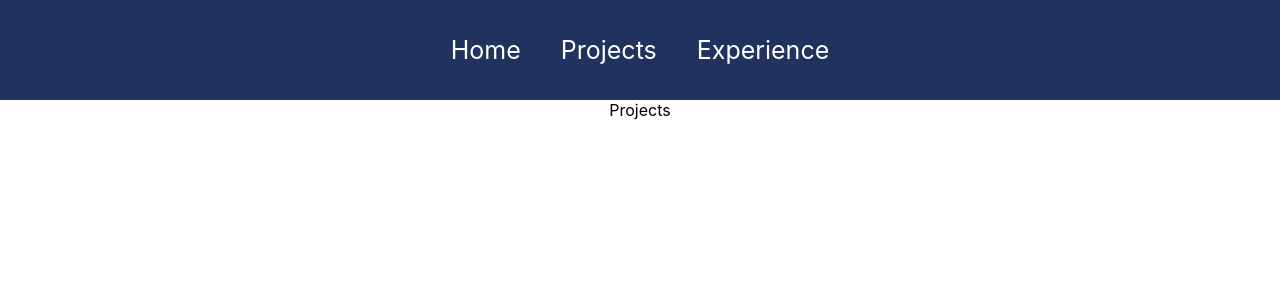
Repository: chiubacca94/chiufolio
Page: /projects
These files come from the project's save history. The page is drawn as it stood at one moment and after the next save; the edit follows.
The browser window is 1280 px wide. The pictures show the whole page.
The project was rebuilt for these pictures with package versions that can differ from the ones it lists, and the page was loaded fresh each time. Also part of the build but not shown: src/components/Home/Home.js, src/components/Experiences/Experiences.js.

Above is the page before, as saved 2022-07-03 20:34:15.

After the next save:
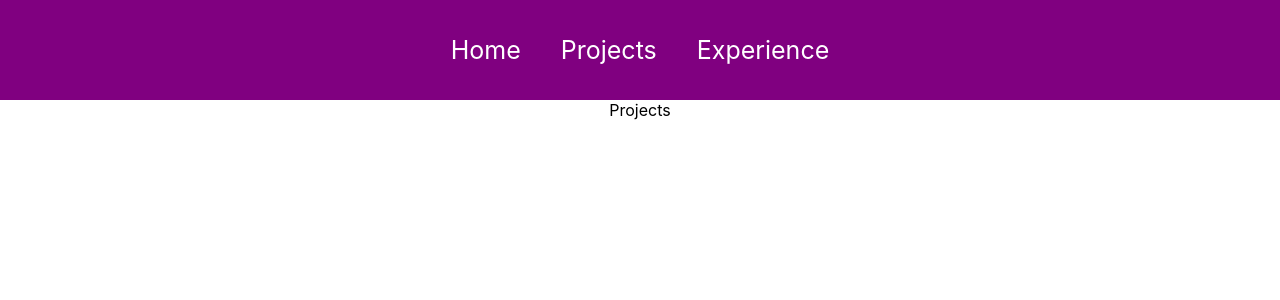
Saved 103 s later.
--- a/src/components/NavBar/Navbar.css
+++ b/src/components/NavBar/Navbar.css
@@ -1,7 +1,7 @@
 .navbar {
     width: 100%;
     height: 100px;
-    background: #21325e;
+    background: purple;
   }
 
   .links {
